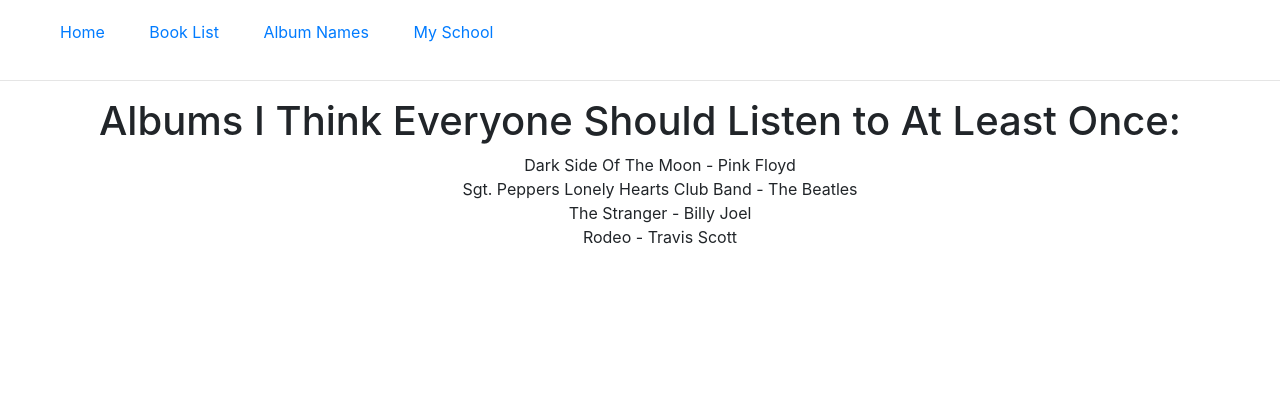
Repository: KodakBrax/CS50
Page: pset8/homepage/album.html
The author's editor kept a record of every edit. The page is drawn from the files as they stood at one moment, then again after the next edit.
The browser window is 1280 px wide. The pictures show the whole page.

Above is the page before.

After the next edit:
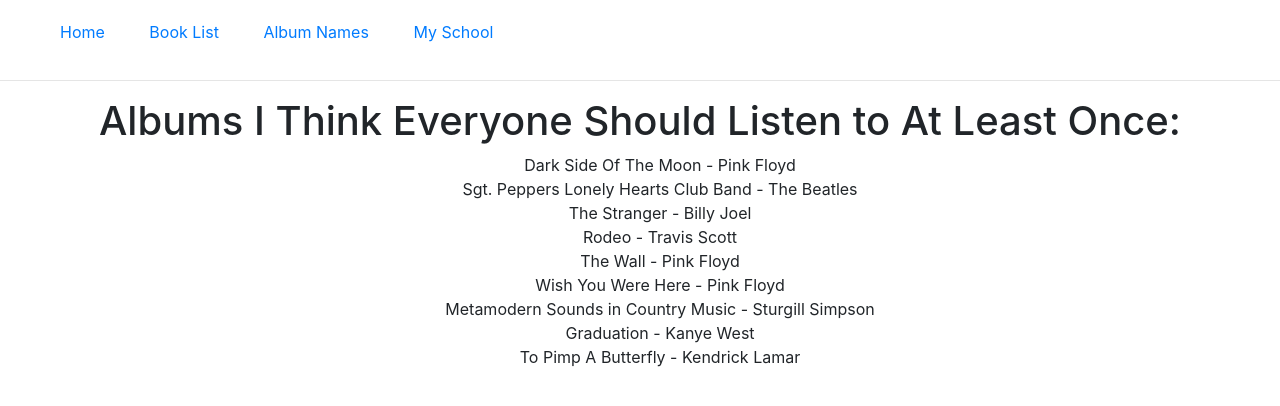
The edit:
--- a/pset8/homepage/album.html
+++ b/pset8/homepage/album.html
@@ -21,6 +21,11 @@
                 <li>Sgt. Peppers Lonely Hearts Club Band - The Beatles</li>
                 <li>The Stranger - Billy Joel</li>
                 <li>Rodeo - Travis Scott</li>
+                <li>The Wall - Pink Floyd</li>
+                <li>Wish You Were Here - Pink Floyd</li>
+                <li>Metamodern Sounds in Country Music - Sturgill Simpson</li>
+                <li>Graduation - Kanye West</li>
+                <li>To Pimp A Butterfly - Kendrick Lamar</li>
             </ul>
         </div>
     </body>
